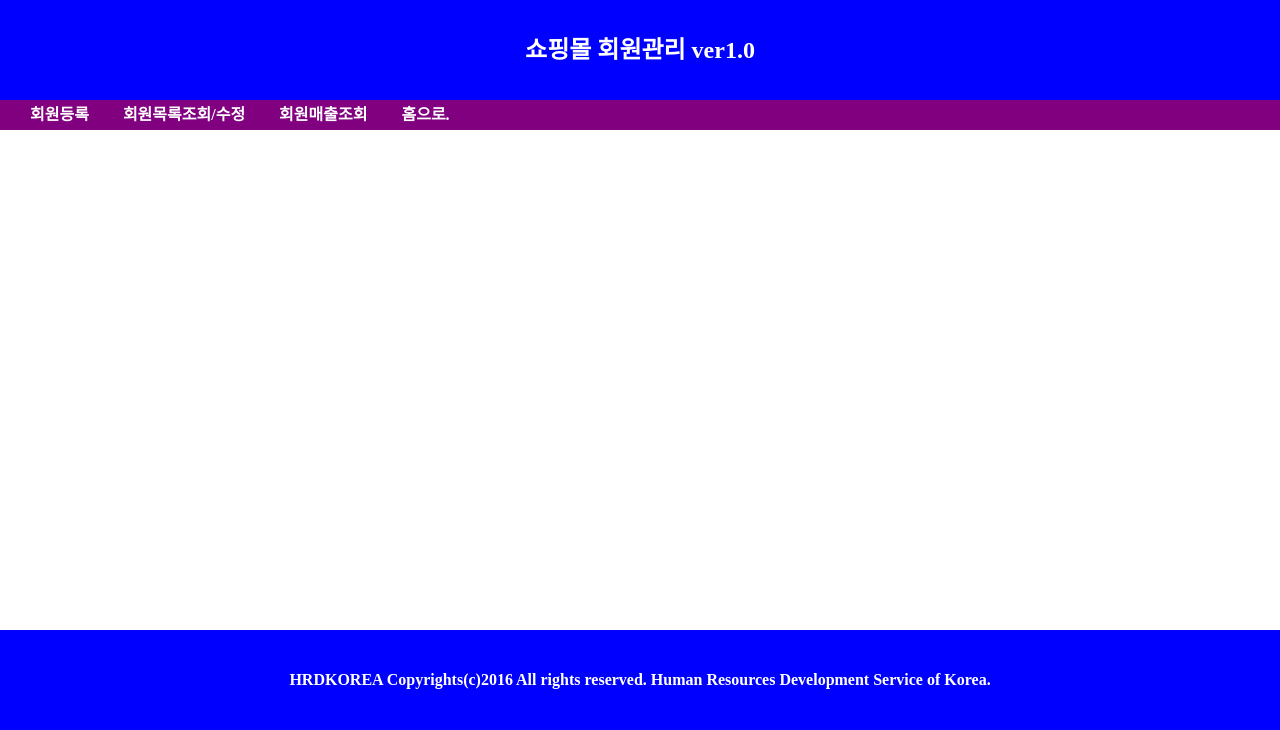
Repository: brightjy/Today-what-I-practiced
Page: http://localhost/HRD_0514/view/memberList.jsp
The author's editor kept a copy of each file at every save. The page is drawn from the files as they stood at one save, then again after the next save.
The browser window is 1280 px wide. The pictures show the whole page.
The page is served by Tomcat 9.

Above is the page before, as saved 2020-05-14 12:52:02.

After the next save:
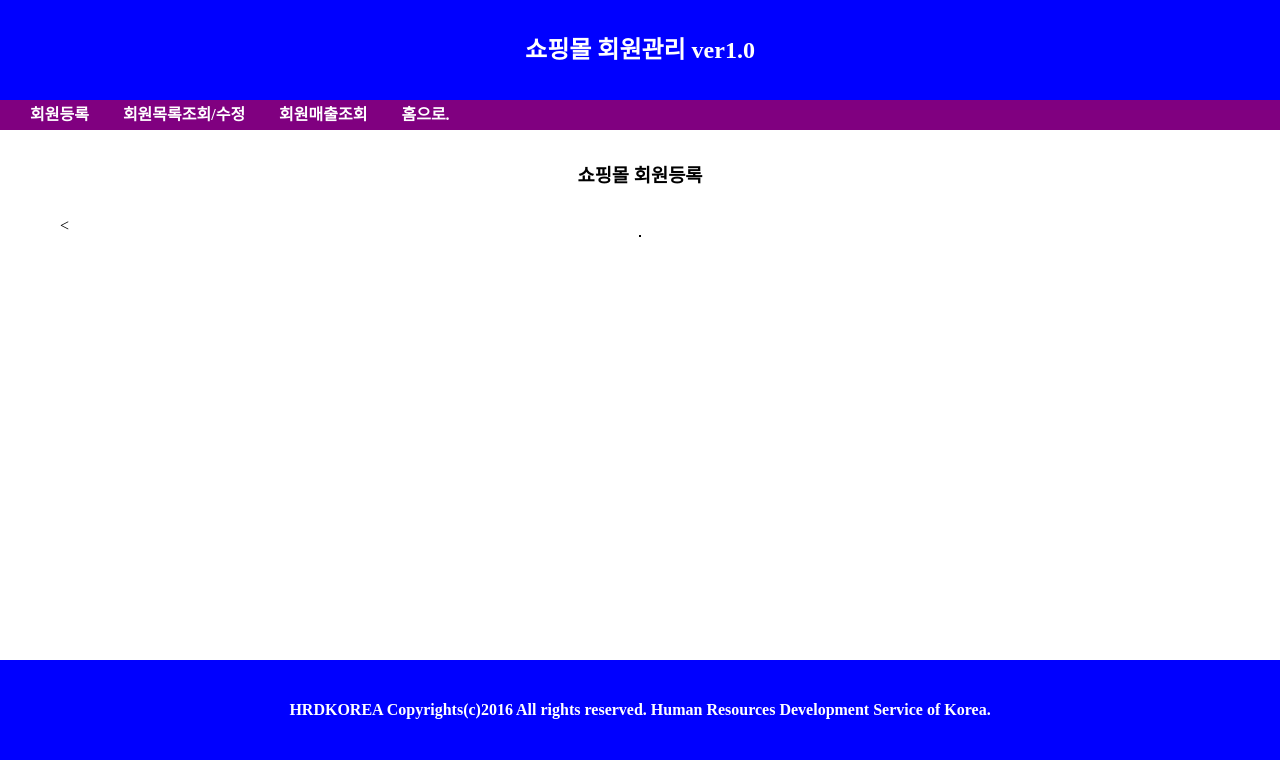
Saved 48 s later.
--- a/hrdkorea_0514/HRD_0514/WebContent/view/memberList.jsp
+++ b/hrdkorea_0514/HRD_0514/WebContent/view/memberList.jsp
@@ -9,6 +9,14 @@
 <body>
 <jsp:include page="header.jsp"></jsp:include>
 <section>
+<div>
+	<h3>쇼핑몰 회원등록</h3>
+	<div>
+		<table>
+			<
+		</table>
+	</div>
+</div>
 </section>
 <jsp:include page="footer.jsp"></jsp:include>
 </body>
